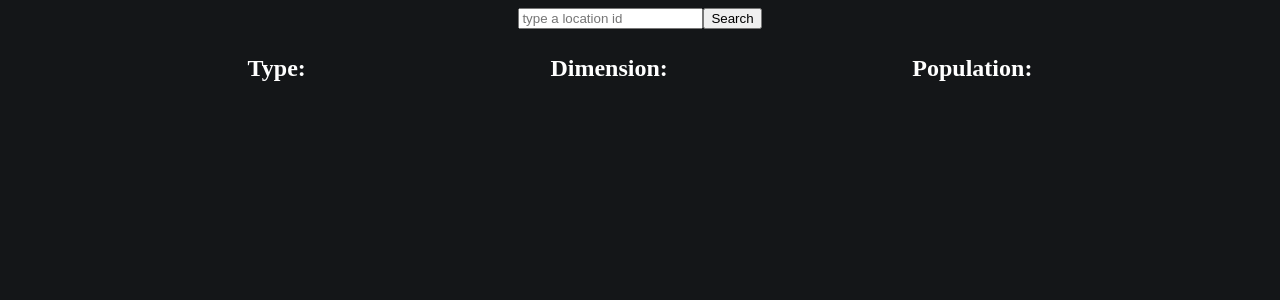
Repository: RobertAries28/ApiRickyMortin
Page: /
These files come from the project's save history. The page is drawn as it stood at one moment and after the next save; the edit follows.
The browser window is 1280 px wide. The pictures show the whole page.
The page's requests for data from a server got no answer. The project was rebuilt for these pictures with package versions that can differ from the ones it lists, and the page was loaded fresh each time. No one was signed in, and anything a server would have sent is missing. Also part of the build but not shown: src/ResidentInfo.js.

Above is the page before, as saved 2022-04-29 09:48:56.

After the next save:
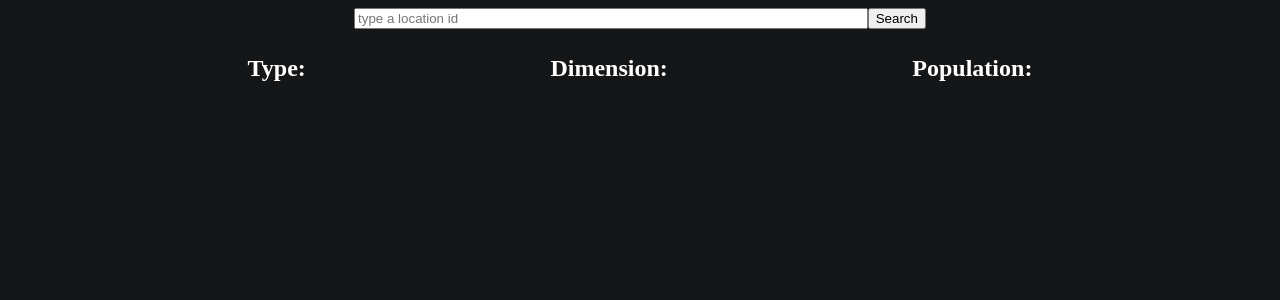
Saved 63 s later.
--- a/src/index.css
+++ b/src/index.css
@@ -73,3 +73,7 @@ body{
   display: flex;
   justify-content: center;
 }
+
+.searchBox input{
+  width: 40%;
+}
